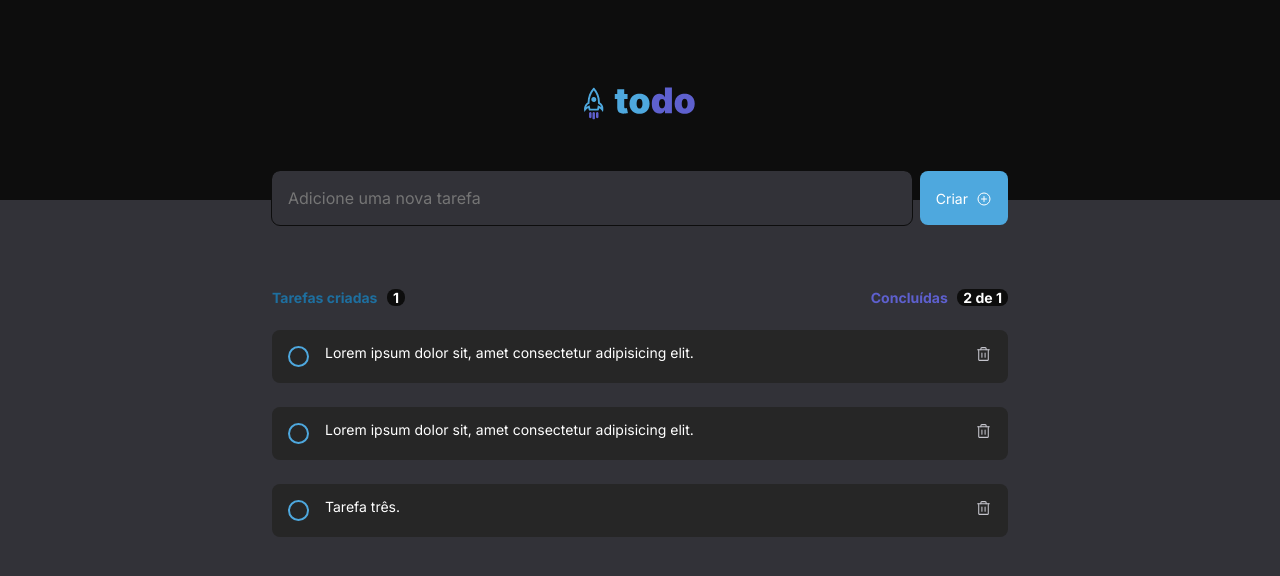
Repository: gabramos90/ignite-todo
Page: /
An editor plug-in stored every save of this project. The page is shown before and after the next save, followed by the edit.
The browser window is 1280 px wide. The pictures show the whole page.
The project was rebuilt for these pictures with package versions that can differ from the ones it lists, and the page was loaded fresh each time. Also part of the build but not shown: vite.config.ts.

Above is the page before, as saved 2022-12-01 04:18:48.

### index.html
<!DOCTYPE html>
<html lang="en">
  <head>
    <meta charset="UTF-8" />
    <link rel="preconnect" href="https://fonts.googleapis.com"/>
    <link rel="preconnect" href="https://fonts.gstatic.com" crossorigin/>
    <link rel="icon" type="image/svg+xml" href="/vite.svg" />
    <meta name="viewport" content="width=device-width, initial-scale=1.0" />


    <link href="https://fonts.googleapis.com/css2?family=Inter:wght@400;700&display=swap" rel="stylesheet"/>

    <title>Todo</title>
  </head>
  <body>
    <div id="root"></div>
    <script type="module" src="/src/main.tsx"></script>
  </body>
</html>

### src/App.tsx
import styles from './App.module.css'

import { Header } from './components/Header/Header'
import { InputTask } from './components/InputTask/InputTask'
import { TasksAccounter } from './components/TasksAccounter/TasksAccounter'
import './global.css'

const tasks = [
  {
    id: 1,
    title: 'Lorem ipsum dolor sit, amet consectetur adipisicing elit.',
    isDone: true,
  },
  {
    id: 2,
    title: 'Lorem ipsum dolor sit, amet consectetur adipisicing elit.',
    isDone: false,
  },
  {
    id: 3,
    title: 'Tarefa três.',
    isDone: false,
  },
]

export function App() {
  return (
    <div>
      <Header />
      <div className={styles.wrapper}>
        <InputTask />
        <TasksAccounter tasks={tasks} />
      </div>
    </div>
  )
}

### src/App.module.css
.wrapper {
    max-width: 46rem;
    margin: -1.8rem auto;
}

### src/components/Header/Header.tsx
import styles from "./Header.module.css"
import logoTodo from '../../assets/logo-todo.svg'

export function Header(){
    return(
        <div className={styles.headerContainer}>
            <img src={logoTodo} alt="" />
        </div>
    )
}

### src/components/InputTask/InputTask.tsx
import { PlusCircle } from 'phosphor-react'
import styles from './InputTask.module.css'

import { useForm } from 'react-hook-form'

export function InputTask() {
  const { register, handleSubmit, reset } = useForm()

  function onSubmit(data: any) {
    console.log(data)

    reset()
  }

  return (
    <form
      onSubmit={handleSubmit(onSubmit)}
      className={styles.inputTaskContainer}
    >
      <input
        type="text"
        placeholder="Adicione uma nova tarefa"
        {...register('title')}
        required
      />
      <button type="submit">
        Criar
        <PlusCircle size={16} />
      </button>
    </form>
  )
}

### src/components/TasksAccounter/TasksAccounter.tsx
import { Tasks } from '../Tasks/Tasks'
import styles from './TasksAccounter.module.css'

export function TasksAccounter({ tasks }) {
/*   const taskQuant = tasks.lenght
  const doneTasks = tasks.filter((task) => task.isDone) */

  return (
    <>
      <div className={styles.tasksAccounterContainer}>
        <div className={styles.createTasks}>
          <span>Tarefas criadas</span>
          <span>1</span>
        </div>
        <div className={styles.doneTasks}>
          <span>Concluídas</span>
          <span>
            2 de 1
          </span>
        </div>
      </div>
      {tasks.map((task: any) => (
        <Tasks key={task.id} title={task.title} isDone={task.isDone} />
      ))}
    </>
  )
}

### src/global.css
:root {
    --gray-100: #e1e1e6;
    --gray-300: #c4c4cc;
    --gray-400: #8d8d99;
    --gray-500: #262626;
    --gray-600: #323238;
    --gray-700: #0D0D0D;

    --purple: #8284fa;
    --purple-dark: #5e60ce;

    --blue: #4ea8de;
    --blue-dark: #1e6f9f;

    --danger: #f75a68;
  }

  :focus {
    outline: transparent;
  }

  * {
    margin: 0;
    padding: 0;
    box-sizing: border-box;
  }

  body {
    background: var(--gray-600);
    color: var(--gray-300);
    -webkit-font-smoothing: antialiased;
  }

  body, input, textarea, button {
    font-family: 'Inter', sans-serif;
    font-weight: 400;
    font-size: 1rem;
  }

### src/components/Header/Header.module.css
.headerContainer {
    display: flex;
    justify-content: center;

    height: 12.5rem;

    background-color: var(--gray-700);
}

.headerContainer img {
    width: 7rem;
}

### src/components/InputTask/InputTask.module.css
.inputTaskContainer {
    display: flex;
    gap: 0.5rem;
    align-items: center;
}

.inputTaskContainer input {
    display: flex;
    flex: 1;

    height: 3.375rem;
    padding: 0 1rem ;

    background-color: var(--gray-600);
    outline: 1px solid var(--gray-700);
    border-radius: 8px;
    border: 0;
    color: white;
}

.inputTaskContainer input:focus {
    outline: 1px solid var(--purple-dark);
}

.inputTaskContainer button {
    display: flex;
    gap: 0.5rem;
    align-items: center;

    height: 3.375rem;
    padding: 0 1rem ;

    background-color: var(--blue);
    color: white;
    border-radius: 8px;
    border: 0;

    font-size: 0.875rem;

    cursor: pointer;
}

.inputTaskContainer button svg {
    margin-top: 0.12rem;
}

.inputTaskContainer button:hover {
    background-color: var(--blue-dark);
}

### src/components/Tasks/Tasks.tsx
import styles from './Tasks.module.css'
import * as Checkbox from '@radix-ui/react-checkbox'
import { CheckIcon } from '@radix-ui/react-icons'
import { Trash } from 'phosphor-react'

export function Tasks({ id, title, isDone }: any) {
  return (
    <form className={styles.tasksContainer}>
      <Checkbox.Root
        className={styles.checkboxRoot}
        aria-checked={isDone}
        id={id}
      >
        <Checkbox.Indicator className={styles.checkboxIndicator}>
          <CheckIcon className={styles.chekedIcon} />
        </Checkbox.Indicator>
      </Checkbox.Root>
      <label className={styles.label} htmlFor={id}>
        {title}
      </label>
      <button>
        <Trash size={17} />
      </button>
    </form>
  )
}

### src/components/TasksAccounter/TasksAccounter.module.css
.tasksAccounterContainer {
    display: flex;
    align-items: center;
    justify-content: space-between;

    margin-top: 4rem;

    font-size: 0.875rem;
    font-weight: bold;
  }

  .tasksAccounterContainer div  span:last-child {
    background-color: var(--gray-700);
    color: white;

    border-radius: 8px;
    padding: 0 6px;

    font-size: 0.875rem;

    margin-left: 0.6rem;
  }

  .createTasks {
    color: var(--blue-dark);
  }

  .doneTasks {
    color: var(--purple-dark);
  }

### src/components/Tasks/Tasks.module.css
button {
  all: unset;
  cursor: pointer;
}

.tasksContainer {
    display: flex;
    align-items: flex-start;
    justify-content: space-between;
    gap: 1rem;

    margin-top: 1.5rem;
    padding: 1rem;
    border-radius: 8px;

    background-color: var(--gray-500);
}

.checkboxRoot {
  background-color: transparent;
  width: 17px;
  height: 17px;
  border-radius: 9999px;
  border: 2px solid var(--blue);
  display: flex;
  align-items: center;
  gap: 1rem;
}

[data-state="checked"] {
  background-color: var(--purple);
  overflow: hidden;
  object-fit: fill;
  border: 2px solid var(--purple);



}


.checkboxRoot:hover {
  background-color: var(--blue-dark);

  transition: all 0.2s;
}

.chekedIcon{
  margin-top: 0.2rem;
  margin-left: -0.04rem;
}

.label {
  flex: 1;
  color: white;
  font-size: 15px;
  line-height: 1;
  user-select: none;
  font-size: 0.875rem;
}

[data-state="checked"]~label{
  text-decoration: line-through;
  color: var(--gray-400);
}

Loaded but not shown: src/main.tsx (common file)

After the next save:
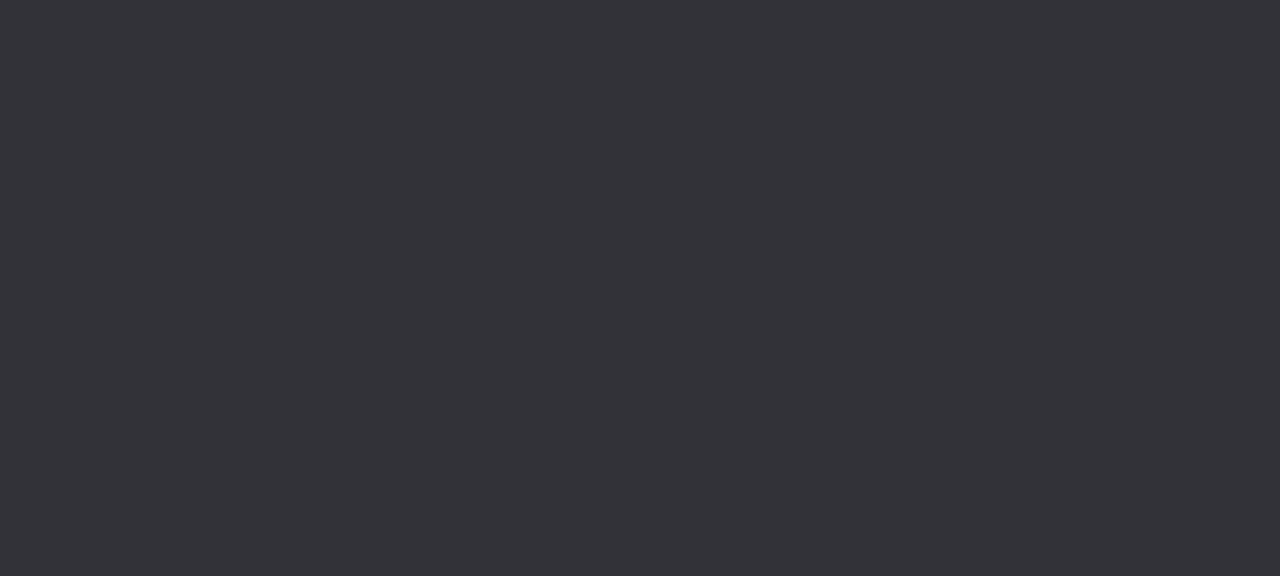
Console error (its wording comes from the project's code and is left out).
Saved 4 s later.
--- a/src/components/TasksAccounter/TasksAccounter.tsx
+++ b/src/components/TasksAccounter/TasksAccounter.tsx
@@ -2,20 +2,20 @@
 import styles from './TasksAccounter.module.css'
 
 export function TasksAccounter({ tasks }) {
-/*   const taskQuant = tasks.lenght
-  const doneTasks = tasks.filter((task) => task.isDone) */
+  const taskQuant = tasks.lenght
+  const doneTasks = tasks.filter((task) => task.isDone)
 
   return (
     <>
       <div className={styles.tasksAccounterContainer}>
         <div className={styles.createTasks}>
           <span>Tarefas criadas</span>
-          <span>1</span>
+          <span>{taskQuant}</span>
         </div>
         <div className={styles.doneTasks}>
           <span>Concluídas</span>
           <span>
-            2 de 1
+            {doneTasks} de {taskQuant}
           </span>
         </div>
       </div>

After the save that followed:
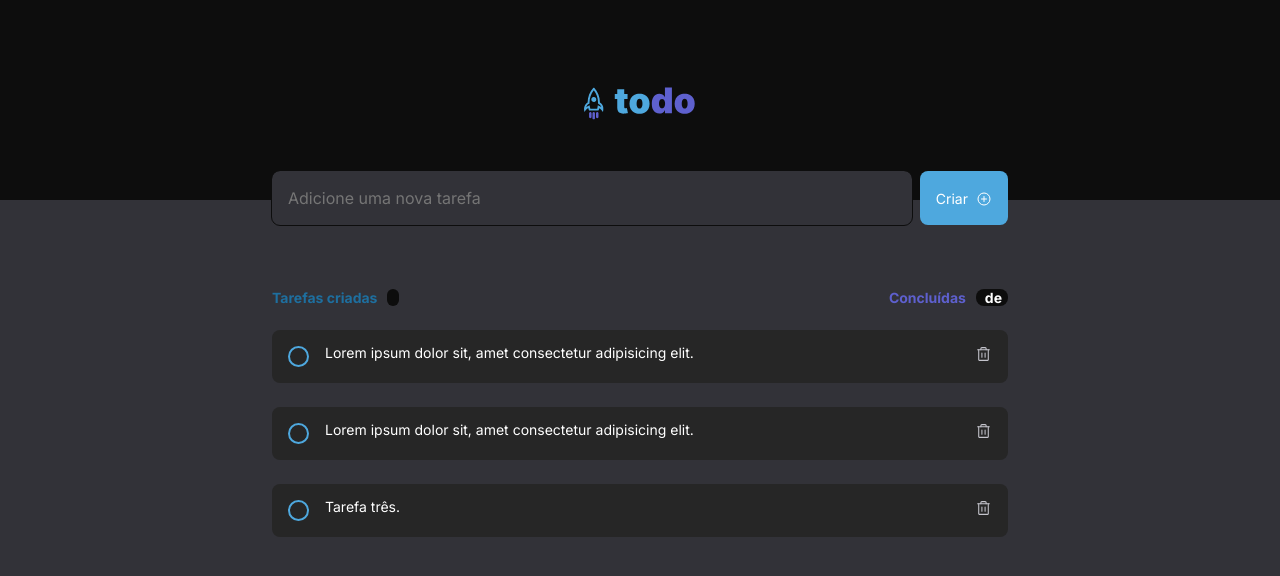
The error is gone.
Saved 19 s later.
--- a/src/components/TasksAccounter/TasksAccounter.tsx
+++ b/src/components/TasksAccounter/TasksAccounter.tsx
@@ -3,7 +3,7 @@
 
 export function TasksAccounter({ tasks }) {
   const taskQuant = tasks.lenght
-  const doneTasks = tasks.filter((task) => task.isDone)
+  const doneTasks = tasks.filter((task) => tasks.isDone)
 
   return (
     <>
